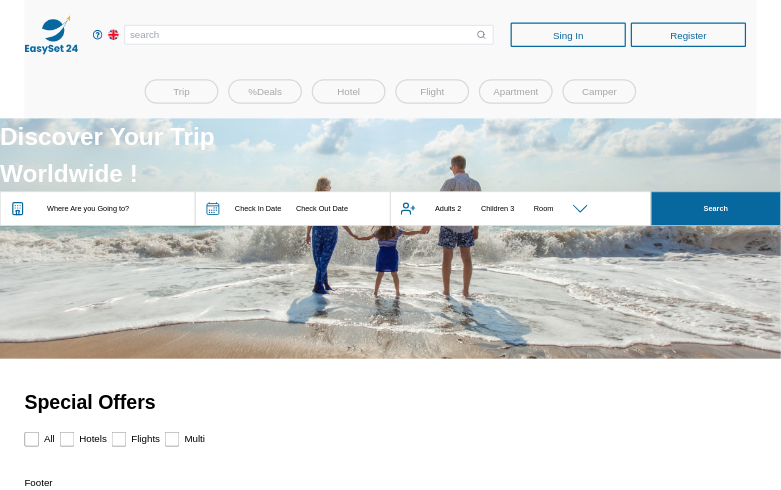
Repository: Quynhhuong150322/DIKO_STUDY_TRAVEL_WEB
Page: /
An editor plug-in stored every save of this project. The page is shown before and after the next save, followed by the edit.
The browser window is 1280 px wide. The pictures show the whole page, at 61% of full size.
The project was rebuilt for these pictures with package versions that can differ from the ones it lists, and the page was loaded fresh each time. Also part of the build but not shown: src/components/Login.js, src/components/Register.js. Imported but missing from the stored project, and not drawn on this page: src/redux/slices/authSlice.

Above is the page before, as saved 2024-02-23 10:25:06.

### src/index.css
@tailwind base;
@tailwind components;
@tailwind utilities;

@import url("https://fonts.googleapis.com/css2?family=Poppins:wght@100;300;400;500;600&display=swap");

@layer base {
  html {
    font-family: "Poppins", sans-serif;
  }
  * {
    margin: 0;
    padding: 0;
    box-sizing: border-box;
    scroll-behavior: smooth;
    /* background-color: #F9F9F9; */
  }
}

@layer components {
  .max-container {
    max-width: 1260px;
    /* min-height: 100vh; */
    margin: 0 auto;
    padding: 0 30px;
    /* display: flex; */
    /* flex-direction: column; */
    justify-content: space-between;
  }
  .button {
    width: 189px;
    height: 40px;
    border-style: solid;
    border-width: 2px;
    border-color: #07689F;
    color: #07689F;
  }
  .tabMenu {
    width: 121px;
    height: 40px;
    color: #D9D9D9;
    border-style: solid;
    border-width: 2px;
    border-color: #D9D9D9;
    color: #D9D9D9;
    border-radius: 9999px;
  }
  .tabSearch {
    /* max-width: 1190px; */
    height: 56px;
    border-style: solid;
    border-width: 1px;
    border-color: #D9D9D9;
    padding: 0 16px;
    font-size: 12px;
  }

}

### src/App.js
import React from "react";
import Navbar from "./components/Navbar";
import Footer from "./components/Footer";
import AppRoutes from "./routes/AppRoutes";
import { BrowserRouter as Router } from "react-router-dom";

const App = () => {
  return (
    <Router>
      <div className="">
        <div className="max-container">
          <Navbar />
        </div>
        <div>
          <AppRoutes />
        </div>
        <div className="max-container">
          <Footer />
        </div>
      </div>
    </Router>
  );
};

export default App;

### src/redux/store.js
import { configureStore } from "@reduxjs/toolkit";
import authReducer from "./slices/authSlice";

export const store = configureStore({
  reducer: {
    users: authReducer,
  },
});

### src/components/Navbar.js
import React from 'react'
import Logo from '../assets/images/Header/Logo.png'
import EL from '../assets/images/Header/England.png'
import { FaRegQuestionCircle } from "react-icons/fa";
import { LuSearch } from "react-icons/lu";

const MenuData = [
    {
        id: 1,
        name: 'Trip',
    },
    {
        id: 2,
        name: '%Deals',
    },
    {
        id: 3,
        name: 'Hotel',
    },
    {
        id: 4,
        name: 'Flight',
    },
    {
        id: 5,
        name: 'Apartment',
    },
    {
        id: 6,
        name: 'Camper',
    },
]

const Navbar = () => {
    return (
        <div className='bg-neutral py-[24px]'>
            <div className="flex flex-col gap-10">
                {/* Header Section  */}
                <div className='flex gap-2 items-center'>
                    <img src={Logo} alt="" />
                    <div className='flex gap-7 items-center'>
                        <div className="flex gap-1 items-center">
                            <FaRegQuestionCircle className='text-primary' />
                            <img src={EL} alt="" className='w-7 h-7' />
                            {/* Search  */}
                            <div className="relative flex items-center">
                                <input
                                    type="text"
                                    placeholder="search"
                                    className="w-[605px] h-[32px] rounded-sm border border-gray-300 px-2 py-1 focus:outline-none focus:border-1 focus:border-primary"
                                />
                                <LuSearch className="text-gray-500 group-hover:text-primary absolute top-1/2 -translate-y-1/2 right-3 cursor-pointer" />
                            </div>
                        </div>
                        <div className='flex gap-2 items-center'>
                            <button className='button border-primary bg-neutral hover:scale-105 py-2 px-4 rounded-sm'>
                                Sing In
                            </button>
                            <button className='button border-primary bg-neutral hover:scale-105 py-2 px-4 rounded-sm'>
                                Register
                            </button>
                        </div>
                    </div>
                    <div>
                    </div>
                </div>
                {/* Upper Nav  */}
                <div className=''>
                    <div className=' '>
                        <ul className='flex justify-center gap-4'>
                            {
                                MenuData.map((data) => (
                                    <button key={data.id} className='text-pri tabMenu focus:bg-primary focus:text-white focus:font-bold focus:border-primary inline-block hover:text-primary' >
                                        {data.name}
                                    </button>
                                ))
                            }
                        </ul>
                    </div>
                </div>
            </div>
        </div>
    )
}

export default Navbar

### src/routes/AppRoutes.js
import React from "react";
import { Switch, Route } from "react-router-dom";
import Login from "../components/Login";
import Register from "../components/Register";
import Langding from "../pages/LangdingPage/Langding";
const AppRoutes = () => {
  return (
    <div>
      <Switch>
        <Route path="/login">
          <Login />
        </Route>
        <Route path="/register">
          <Register />
        </Route>
        <Route path="/" exact>
          <Langding />
        </Route>
        <Route path="*">
          <div className="">404 not Error...</div>
        </Route>
      </Switch>
    </div>
  );
};

export default AppRoutes;

### src/pages/LangdingPage/Langding.js
import React from 'react'
import Picture from '../../assets/images/LangdingPage/Picture.png'
import { LuHotel } from "react-icons/lu";
import { IoCalendarOutline } from "react-icons/io5";
import { SlArrowDown } from "react-icons/sl";
import { FiUserPlus } from "react-icons/fi";
import Img1 from "../../assets/images/LangdingPage/SpecialOffers/Photo 1.png"


const BannerImg = {
  backgroundImage: `url(${Picture})`,
  backgroundPosition: "center",
  backgroundRepeat: "no-repeat",
  backgroundSize: "cover",
  height: "394px",
  width: "100%",
};
const ListMenu = [
  {
    id: 1,
    name: "All",
  },
  {
    id: 2,
    name: "Hotels",
  },
  {
    id: 3,
    name: "Flights",
  },
  {
    id: 4,
    name: "Multi",
  }
]

const ListImage = [
  {
    id: 1,
    img: Img1,
  }
]


const Langding = () => {
  return (
    <div >
      {/* Discover Trip  */}
      <div className=' background ' style={BannerImg}>
        <div className=' '>
          <h1 className='text-3xl w-1/3 font-bold text-white bg-opacity-0'>
            Discover Your Trip Worldwide !
          </h1>
          <div class="flex flex-row  bg-white">
            <div class="basis-1/4 tabSearch flex gap-9 items-center">
              <LuHotel className='text-primary' size={24} />
              <p className=''>
                Where Are you Going to?
              </p>
            </div>
            <div class="basis-1/4 tabSearch flex gap-6 items-center">
              <IoCalendarOutline size={24} className='text-primary' />
              <p className=''>
                Check In Date
              </p>
              <p className=''>
                Check Out Date
              </p>
            </div>
            <div class="basis-1/3 tabSearch flex gap-8 items-center">
              <FiUserPlus size={24} className='text-primary' />
              <p className=''>
                Adults 2
              </p>
              <p className=''>
                Children 3
              </p>
              <p className=''>
                Room
              </p>
              <SlArrowDown size={24} className='text-primary' />
            </div>
            <div class="basis-1/6  tabSearch bg-primary flex justify-center items-center">
              <p className='font-bold text-white'>Search</p>
            </div>
          </div>
        </div>
      </div>
      {/* Special Offers */}
      <div className='max-container py-12'>
        {/* checkbox  */}
        <div className='flex flex-col gap-6'>
          <h2 className='text-2xl font-bold'>Special Offers</h2>
          <div className='flex '>
            <div className='flex justify-center items-center gap-2'>
              {
                ListMenu.map((data) => (
                  <><input
                    type="checkbox"
                    className="w-[24px] h-[24px] border border-gray-300 px-2 py-1 focus:outline-none focus:border-1 focus:border-primary" />
                    <label for="checkbox" className='text-base'>{data.name}</label>
                  </>
                ))
              }
            </div>
          </div>
        </div>
        {/* image  */}

      </div>
    </div >
  )
}

export default Langding

### tailwind.config.js
/** @type {import('tailwindcss').Config} */
module.exports = {
  content: ["./src/**/*.{js,jsx,ts,tsx}"],
  theme: {
    extend: {
      colors: {
        primary: "#07689F",
        secondary: "#D9D9D9",
        neutral: "#F9F9F9",
        pri: "#A6A6A6",
      },
      fontSize: {
        sm: '12px',
        base: '16px',
        xl: '20px',
        '2xl': '32px',
        '3xl': '40px',
        '4xl': '44px',
        // '5xl': '3.052rem',
      },
    },
  },
  plugins: [],
};

Loaded but not shown: public/index.html (common file); src/index.js (common file); src/reportWebVitals.js (common file); src/components/Footer.js (common file)

After the next save:
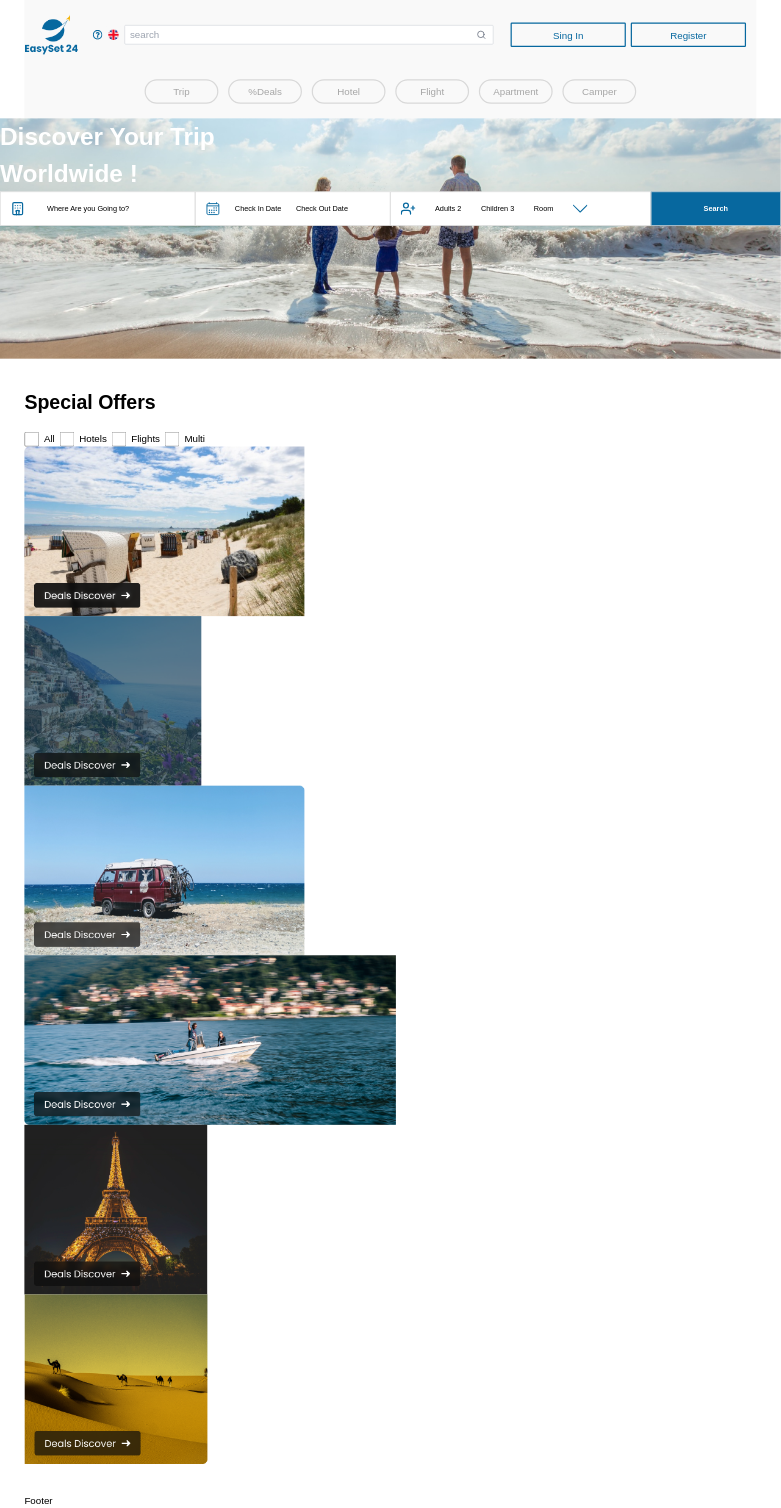
Saved 6 min 36 s later.
--- a/src/pages/LangdingPage/Langding.js
+++ b/src/pages/LangdingPage/Langding.js
@@ -4,7 +4,12 @@ import { LuHotel } from "react-icons/lu";
 import { IoCalendarOutline } from "react-icons/io5";
 import { SlArrowDown } from "react-icons/sl";
 import { FiUserPlus } from "react-icons/fi";
-import Img1 from "../../assets/images/LangdingPage/SpecialOffers/Photo 1.png"
+import Img1 from "../../assets/images/LangdingPage/SpecialOffers/Photo 1.png";
+import Img2 from "../../assets/images/LangdingPage/SpecialOffers/Photo 2.png"
+import Img3 from "../../assets/images/LangdingPage/SpecialOffers/Photo 3.png"
+import Img4 from "../../assets/images/LangdingPage/SpecialOffers/Photo 4.png"
+import Img5 from "../../assets/images/LangdingPage/SpecialOffers/Photo 5.png"
+import Img6 from "../../assets/images/LangdingPage/SpecialOffers/Photo 6.png"
 
 
 const BannerImg = {
@@ -38,7 +43,27 @@ const ListImage = [
   {
     id: 1,
     img: Img1,
-  }
+  },
+  {
+    id: 2,
+    img: Img2,
+  },
+  {
+    id: 3,
+    img: Img3,
+  },
+  {
+    id: 4,
+    img: Img4,
+  },
+  {
+    id: 5,
+    img: Img5,
+  },
+  {
+    id: 6,
+    img: Img6,
+  },
 ]
 
 
@@ -106,7 +131,15 @@ const Langding = () => {
           </div>
         </div>
         {/* image  */}
-
+        <div>
+          <div>
+            {
+              ListImage.map((data) => (
+                <img src={data.img} alt="" />
+              ))
+            }
+          </div>
+        </div>
       </div>
     </div >
   )
